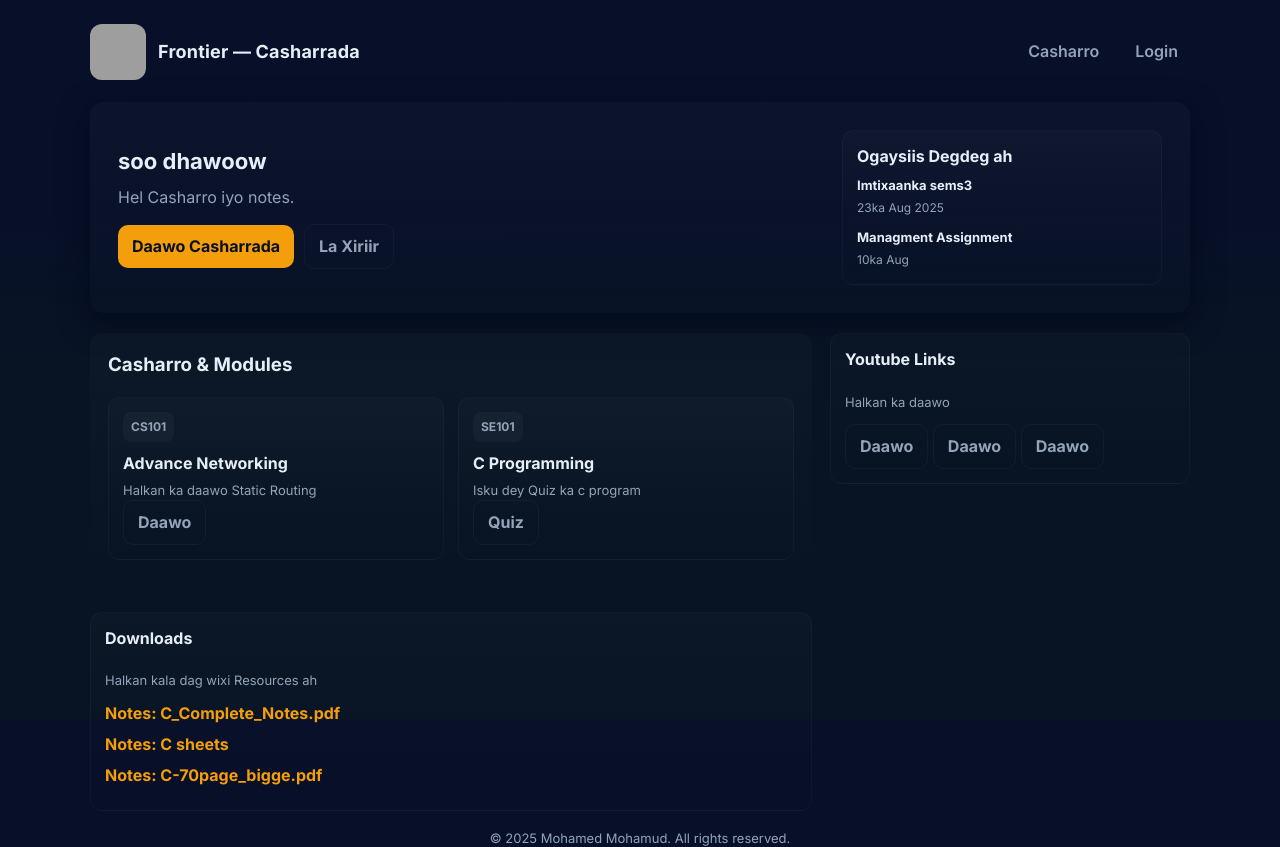
Repository: mrfiiqane/Al-Tacaawun.com
Page: index.html
These files come from the project's save history. The page is drawn as it stood at one moment and after the next save; the edit follows.
The browser window is 1280 px wide. The pictures show the whole page.
Pictures or frames that could not be fetched are drawn as grey boxes.

Above is the page before, as saved 2025-08-12 08:25:47.

After the next save:
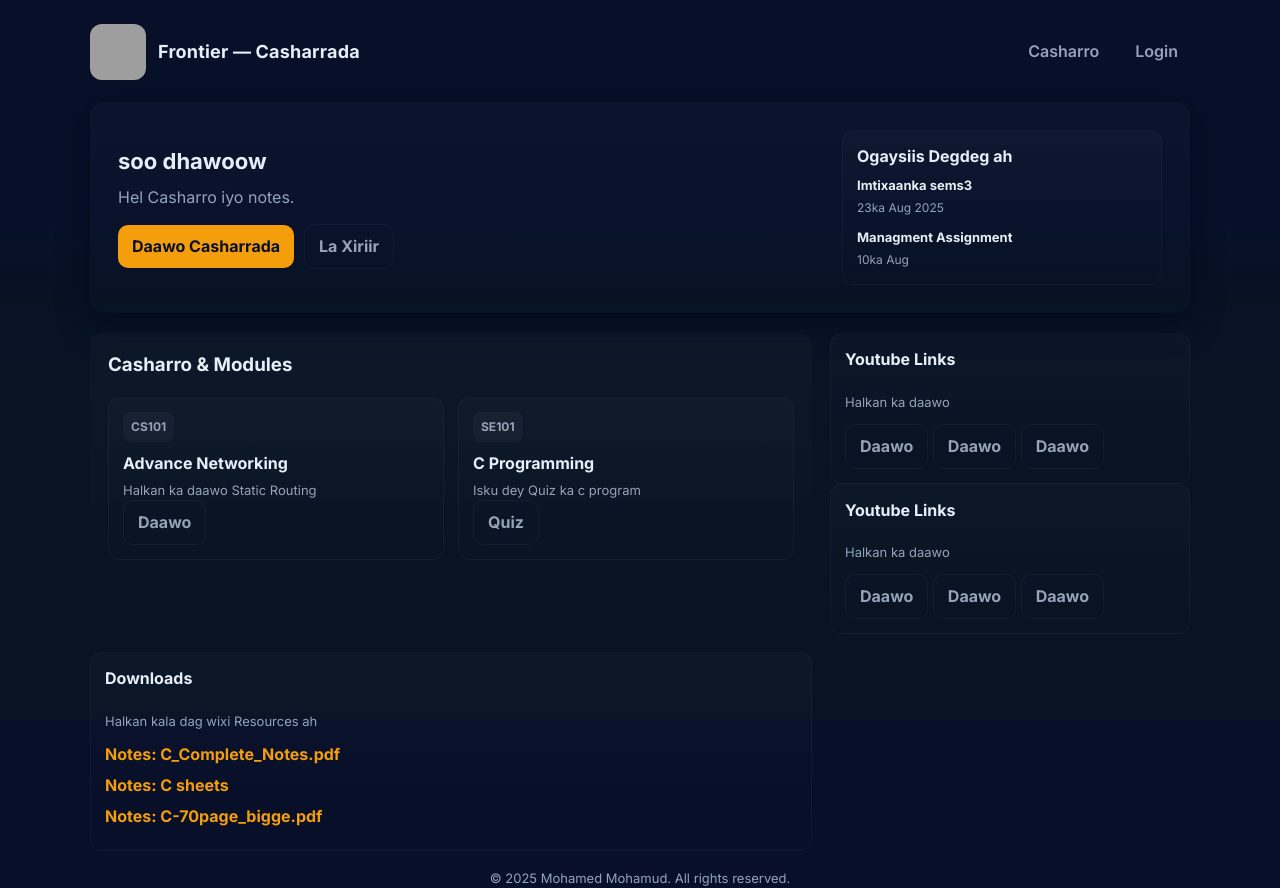
Saved 85 s later.
--- a/index.html
+++ b/index.html
@@ -87,6 +87,15 @@
             <a class="btn secondary" href="https://youtu.be/sqkx3KoNXKo" >Daawo</a>
           </ul>
         </div>
+        <div class="card">
+          <h4 style="margin-top:0">Youtube Links</h4>
+          <p class="site-sub">Halkan ka daawo</p>
+          <ul style="margin:12px 0 0 0; padding:0; list-style:none;">
+            <a class="btn secondary" href="https://youtu.be/eYBJgoVVvV4" >Daawo</a>
+            <a class="btn secondary" href="https://youtu.be/OuTGAZUUJFI" >Daawo</a>
+            <a class="btn secondary" href="https://youtu.be/sqkx3KoNXKo" >Daawo</a>
+          </ul>
+        </div>
 
       </aside>
       <aside>
